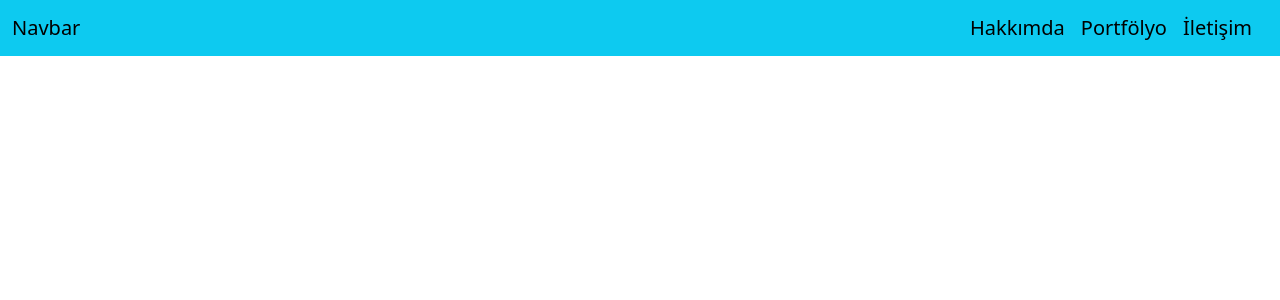
Repository: adnanyagmur/react-bootstrap-example
Page: /
An editor plug-in stored every save of this project. The page is shown before and after a run of saves, followed by the edit.
The browser window is 1280 px wide. The pictures show the whole page.
The project was rebuilt for these pictures with package versions that can differ from the ones it lists, and the page was loaded fresh each time.

Above is the page before, as saved 2022-06-28 17:25:14.

### src/index.js
import React from 'react';
import ReactDOM from 'react-dom/client';
import '../node_modules/bootstrap/dist/css/bootstrap.min.css';
import App from './App';


const root = ReactDOM.createRoot(document.getElementById('root'));
root.render(
  <React.StrictMode>
  <App />
  </React.StrictMode>
);

### src/App.js
import  Appbar  from "./appComponents/Appbar.jsx";

function App() {

 return (
 <div>
<Appbar></Appbar>
  </div>
  );
}

export default App;

### src/appComponents/Appbar.jsx

const Appbar =()=>{

    return(
        <>
  <nav class="navbar navbar-info bg-info">
  <div class="container-fluid">
    <a class="navbar-brand">Navbar</a>
    <form class="d-flex" role="search">
    <a class="navbar-brand">Hakkımda</a>
    <a class="navbar-brand">Portfölyo</a>
    <a class="navbar-brand">İletişim</a>

    </form>
  </div>
</nav>

</>
    )
}

export default Appbar;

Loaded but not shown: public/index.html (common file)

After the next 3 saves:
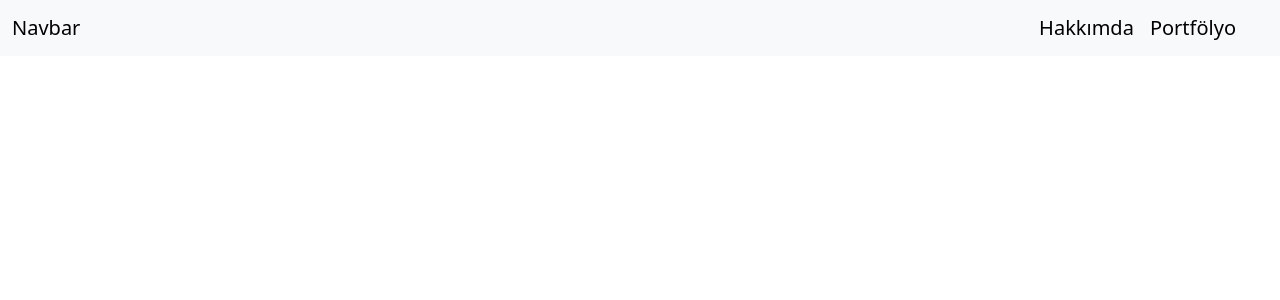
The 3 saves are shown as one change because they came seconds apart.
The last was saved 11 s later.
--- a/src/appComponents/Appbar.jsx
+++ b/src/appComponents/Appbar.jsx
@@ -3,13 +3,13 @@ const Appbar =()=>{
 
     return(
         <>
-  <nav class="navbar navbar-info bg-info">
+  <nav class="navbar bg-light">
   <div class="container-fluid">
     <a class="navbar-brand">Navbar</a>
     <form class="d-flex" role="search">
     <a class="navbar-brand">Hakkımda</a>
     <a class="navbar-brand">Portfölyo</a>
-    <a class="navbar-brand">İletişim</a>
+    <a class="navbar-brand"></a>
 
     </form>
   </div>
